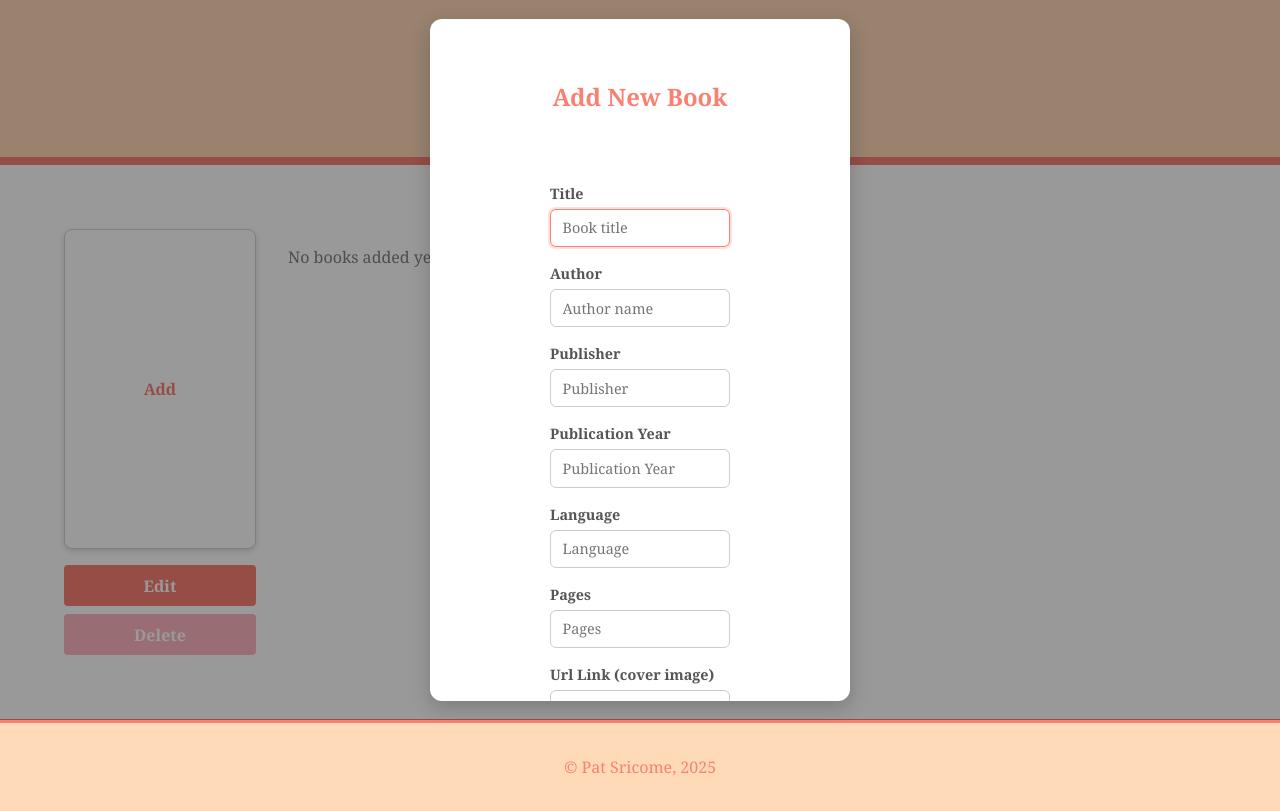
Repository: patcha-d3/book-catalog-v5
Page: /, after clicking the first element matching `button.button-add`
These files come from the project's save history. The page is drawn as it stood at one moment and after the next save; the edit follows.
The browser window is 1280 px wide. The pictures show the whole page.
The project was rebuilt for these pictures with package versions that can differ from the ones it lists, and the page was loaded fresh each time. Also part of the build but not shown: vite.config.js, src/book.jsx.

Above is the page before, as saved 2025-10-14 20:49:24.

### index.html
<!DOCTYPE html>
<html lang="en">
  <head>
    <meta charset="UTF-8" />
    <link rel="icon" type="image/svg+xml" href="/vite.svg" />
    <meta name="viewport" content="width=device-width, initial-scale=1.0" />
    <title>Pat's Rendering lists</title>
  </head>
  <body>
    <div id="root"></div>
    <script type="module" src="/src/main.jsx"></script>
  </body>
</html>

### src/App.jsx
// App.jsx
import { useState } from "react";
import "./App.css";
import Modal from "./components/Modal.jsx";
import AddBook from "./components/AddBook.jsx";
import Book from "./book.jsx";

function App() {
  // เริ่มต้นไม่มีหนังสือ
  const [books, setBooks] = useState([]);

  // toggle การเลือก (เลือกได้ทีละเล่ม)
  const toggleSelect = (isbn13) => {
    setBooks((prev) =>
      prev.map((book) =>
        book.isbn13 === isbn13
          ? { ...book, selected: !book.selected }
          : { ...book, selected: false }
      )
    );
  };

  // 🟢 เพิ่มหนังสือใหม่
  const handleAddBook = (newBook) => {
    const withDefaults = {
      ...newBook,
      isbn13: crypto.randomUUID(),
      selected: false,
      image: newBook.image || "https://via.placeholder.com/150x200?text=Book",
      price: newBook.price || "$0.00",
      url: newBook.url || "#",
    };
    setBooks((prev) => [...prev, withDefaults]);
  };

  // 🔴 ลบหนังสือที่เลือก
  const handleDeleteBook = () => {
    const selectedBook = books.find((b) => b.selected);
    if (!selectedBook) {
      alert("Please select a book to delete.");
      return;
    }
    setBooks((prev) => prev.filter((b) => b.isbn13 !== selectedBook.isbn13));
  };

  // 🟠 Update placeholder
  const handleUpdateBook = () => {
    const selectedBook = books.find((b) => b.selected);
    if (!selectedBook) {
      alert("Please select a book to update.");
      return;
    }
    alert("Update feature coming soon!");
  };

  return (
    <div className="app">
      <header className="app-header">
        <h1>Book Catalog v4</h1>
      </header>

      <main className="content">
        {/* --- ด้านซ้าย: Add / Update / Delete --- */}
        <div className="content-add">
          {/* ปุ่ม Add + modal */}
          <Modal btnLabel="Add" btnClassName="button-add">
            <AddBook onAdd={handleAddBook} />
          </Modal>

          {/* ปุ่ม Update / Delete */}
          <div className="action-buttons">
            <button className="button-update" onClick={handleUpdateBook}>
              Edit
            </button>
            <button className="button-delete" onClick={handleDeleteBook}>
              Delete
            </button>
          </div>
        </div>

        {/* --- ด้านขวา: แสดงหนังสือ --- */}
        <BookTile books={books} onSelect={toggleSelect} />
      </main>

      <footer className="footer">
        <p>© Pat Sricome, 2025</p>
      </footer>
    </div>
  );
}

// 🟣 Component แสดงหนังสือ
function BookTile({ books, onSelect }) {
  if (books.length === 0) {
    return (
      <div className="content-books">
        <p style={{ color: "gray" }}>No books added yet.</p>
      </div>
    );
  }

  return (
    <div className="content-books">
      {books.map((book) => (
        <Book
          key={book.isbn13}
          title={book.title}
          author={book.author}
          image={book.image}
          price={book.price}
          url={book.url}
          selected={book.selected}
          onSelect={() => onSelect(book.isbn13)}
        />
      ))}
    </div>
  );
}

export default App;

### src/App.css
* {
  font-family: Georgia, "Times New Roman", Times, serif;
}

*,
*::before,
*::after {
  box-sizing: border-box;
}

html {
  display: flex;
  flex-direction: column;
  margin: auto;
  background-color: white;
}

html,
body {
  margin: 0;
  padding: 0;
  background-color: white; /* พื้นหลังขาวล้วน */
}

.content > * {
  margin: 0;
}

.app {
  display: flex;
  flex-direction: column;
  min-height: 100vh; /* ให้ container สูงเต็มหน้าจอ */
  background-color: white;
}

.app-header {
  position: relative;
  top: 0;
  left: 0;
  z-index: 1000;
  width: 100vw;
  background-color: peachpuff;
  color: salmon;
  padding: 1em;
  border-bottom: 8px solid salmon;
  text-align: center;
}

.content {
  flex: 1;
  display: flex;
  flex-direction: row;
  gap: 2em;
  padding: 4em;
  background-color: white;
}

.content-add {
  flex: 0 0 auto;
}

.action-buttons {
  display: flex;
  flex-direction: column;
  gap: 0.5em;
  margin-top: 1em;
  width: 100%;
}

.button-add,
.card-book {
  display: flex;
  flex-direction: column;
  justify-content: center;
  align-items: center;
  min-width: 12em;
  height: 20em;
  border: 1px solid lightgrey;
  border-radius: 0.5em;
  background-color: #fff;
  transition: background-color 0.3s ease, color 0.3s ease;
}

.button-add {
  color: salmon;
  font-weight: bold;
}

.button-add h2 {
  font-size: 1.2em;
  font-weight: normal;
  color: grey;
}

.button-add:hover {
  background-color: darkred;
  color: salmon;
  border: 2px solid salmon;
  font-weight: bold;
}

.button-add:hover h2 {
  color: white; /* make text readable on blue */
}

.content-books {
  display: flex;
  flex-wrap: wrap;
  justify-content: flex-start;
  gap: 2em;
  flex: 1;
}

.card-book div {
  margin: 0 auto;
}

.card-book {
  position: relative; /* ให้ปุ่ม x ยึดกับกรอบ card */
  display: flex;
  flex-direction: column;
  max-width: 12em;
  height: 20em;
  padding: 0.5em;
  border-radius: 0.5em;
  text-align: center;
  color: grey;
  background-color: white;
  overflow: hidden;
}

.card-book-image {
  flex: 0 0 auto;
  display: grid;
  place-items: center;
  max-width: 100%;
  max-height: 100%;
  margin: 0 auto;
}

.card-book-image img {
  width: 100%;
  height: 100%;
  object-fit: contain;
}

.card-book-body {
  display: flex;
  flex-direction: column;
  flex: 1; /* stretch body to take all available space */
}

.card-book-price {
  font-weight: bold;
  margin: 0.5em 0;
  color: #333;
}

.link-button {
  margin-top: auto; /* push button to bottom */
  width: 100%;
  background-color: salmon;
  color: white;
  padding: 0.5em 2.4em;
  text-align: center;
  text-decoration: none;
  font-weight: bold;
  border-radius: 8px;
  transition: background-color 0.3s ease, color 0.3s ease;
}

.link-button::hover {
  background-color: white;
  color: darkred;
}

@media (max-width: 480px) {
  .button-add,
  .card-book {
    max-width: 100%;
  }
}

.footer {
  bottom: 0;
  text-align: center;
  width: 100vw;
  background-color: peachpuff;
  color: salmon;
  padding: 1em;
  border-top: 4px solid salmon;
  margin-top: auto;
}

.card-book,
.button-add {
  box-shadow: 0 2px 6px rgba(0, 0, 0, 0.15);
  transition: box-shadow 0.3s ease, transform 0.3s ease;
}

.card-book:hover,
.button-add:hover {
  box-shadow: 0 4px 12px rgba(0, 0, 0, 0.35);
  transform: translateY(-5px);
}

.book-card span {
  display: inline-block;
  margin-left: 8px;
  font-weight: bold;
  cursor: pointer;
  color: red;
}

.btn-remove {
  font-family: Arial, Helvetica, sans-serif;
  position: absolute;
  top: 0;
  right: 0;
  display: inline-block;
  padding: 0 0.5em;
  background: #eee;
  cursor: pointer;
}

.btn-remove:hover {
  background: #db4141;
  color: white;
}

.form-container {
  padding: 0 3em;

  > form {
    padding: 2em;

    button {
      margin-left: 10em;
    }
  }
  .form-control {
    label {
      display: inline-block;
      width: 10em;
    }
    margin: 1em 0;
  }
}

dialog {
  background-color: white;
  color: #333;
}

dialog form {
  background-color: white;
  color: #333;
}

.card-book.selected {
  border: 3px solid salmon;
  transform: scale(1.02);
}

.book-title {
  font-size: 1rem;
  font-weight: bold;
  color: #333;
  margin: 0.5em 0 0 0;
}

.book-author {
  font-size: 0.9rem;
  color: #666;
  margin: 0.25em 0;
}

.button-update,
.button-delete {
  width: 100%;
  padding: 0.6em 0;
  font-weight: bold;
  border: none;
  color: white;
  cursor: pointer;
  border-radius: 4px;
}

.button-update {
  background-color: salmon;
}

.button-update:hover,
.button-delete:hover {
  background-color: darkred;
}

.button-delete {
  background-color: lightpink;
}

/* ---------- Modal (dialog) ---------- */
dialog {
  border: none;
  border-radius: 12px;
  padding: 2.5em;
  width: 420px;
  max-width: 90%;
  background-color: #fff;
  box-shadow: 0 6px 20px rgba(0, 0, 0, 0.2);
}

dialog::backdrop {
  background-color: rgba(0, 0, 0, 0.4);
}

/* ---------- Form Container ---------- */
.form-container {
  display: flex;
  flex-direction: column;
  align-items: stretch;
}

.form-container h2 {
  text-align: center;
  margin-bottom: 1.5em;
  color: salmon;
}

/* ---------- Each Form Row ---------- */
.form-row {
  display: flex;
  flex-direction: column;
  margin-bottom: 1em;
}

.form-row label {
  margin-bottom: 0.3em;
  font-weight: bold;
  color: #555;
  font-size: 0.9rem;
}

.form-row input {
  padding: 0.6em 0.8em;
  border: 1px solid #ccc;
  border-radius: 6px;
  font-size: 0.9rem;
  transition: border-color 0.2s ease;
}

.form-row input:focus {
  outline: none;
  border-color: salmon;
  box-shadow: 0 0 0 2px rgba(250, 128, 114, 0.25);
}

/* ---------- Buttons ---------- */
.modal-buttons {
  display: flex;
  justify-content: center;
  gap: 1em;
  margin-top: 1.5em;
}

.modal-buttons button {
  min-width: 100px;
  padding: 0.6em 1.2em;
  border: none;
  border-radius: 6px;
  font-size: 0.9rem;
  font-weight: bold;
  cursor: pointer;
  transition: all 0.25s ease;
}

/* Save button */
.modal-buttons .btn.primary {
  background-color: salmon;
  color: white;
}

.modal-buttons .btn.primary:hover {
  background-color: darkred;
}

/* Cancel button */
.modal-buttons button[type="button"] {
  background-color: lightgray;
  color: #333;
}

.modal-buttons button[type="button"]:hover {
  background-color: #ccc;
}

### src/components/Modal.jsx
import { useRef } from "react";

function Modal({ btnLabel, children, btnClassName }) {
  const modalRef = useRef();

  const openModal = () => modalRef.current.showModal();
  const closeModal = () => modalRef.current.close();

  return (
    <>
      <button onClick={openModal} className={btnClassName}>
        {btnLabel}
      </button>

      <dialog ref={modalRef}>{children}</dialog>
    </>
  );
}

export default Modal;

### src/components/AddBook.jsx
import { useState } from "react";

function AddBook({ onAdd }) {
  const [formData, setFormData] = useState({
    title: "",
    author: "",
    publisher: "",
    year: "",
    language: "",
    pages: "",
    url: "",
  });

  const handleChange = (e) => {
    const { name, value } = e.target;
    setFormData((prev) => ({
      ...prev,
      [name]: value,
    }));
  };

  const handleSubmit = (e) => {
    e.preventDefault();

    if (!formData.title || !formData.author) {
      alert("Please enter at least a title and author.");
      return;
    }

    // ✅ ส่งข้อมูลกลับไป App.jsx
    onAdd(formData);

    // ✅ รีเซ็ตค่า
    setFormData({
      title: "",
      author: "",
      publisher: "",
      year: "",
      language: "",
      pages: "",
      url: "",
    });

    // ✅ ปิด dialog
    const dialog = document.querySelector("dialog");
    if (dialog) dialog.close();
  };

  return (
    <div className="form-container">
      <h2>Add New Book</h2>
      <form onSubmit={handleSubmit} className="modal-form">
        <div className="form-row">
          <label>Title</label>
          <input
            name="title"
            value={formData.title}
            onChange={handleChange}
            placeholder="Book title"
          />
        </div>

        <div className="form-row">
          <label>Author</label>
          <input
            name="author"
            value={formData.author}
            onChange={handleChange}
            placeholder="Author name"
          />
        </div>

        <div className="form-row">
          <label>Publisher</label>
          <input
            name="publisher"
            value={formData.publisher}
            onChange={handleChange}
            placeholder="Publisher"
          />
        </div>

        <div className="form-row">
          <label>Publication Year</label>
          <input
            name="year"
            type="number"
            value={formData.year}
            onChange={handleChange}
            placeholder="Publication Year"
          />
        </div>

        <div className="form-row">
          <label>Language</label>
          <input
            name="language"
            value={formData.language}
            onChange={handleChange}
            placeholder="Language"
          />
        </div>

        <div className="form-row">
          <label>Pages</label>
          <input
            name="pages"
            type="number"
            value={formData.pages}
            onChange={handleChange}
            placeholder="Pages"
          />
        </div>

        <div className="form-row">
          <label>Url Link (cover image)</label>
          <input
            name="url"
            value={formData.url}
            onChange={handleChange}
            placeholder="e.g. https://example.com"
          />
        </div>

        <div className="modal-buttons">
          <button type="submit" className="btn primary">
            Save
          </button>
        </div>
      </form>
    </div>
  );
}

export default AddBook;

Loaded but not shown: src/main.jsx (common file); src/index.css (common file)

After the next save:
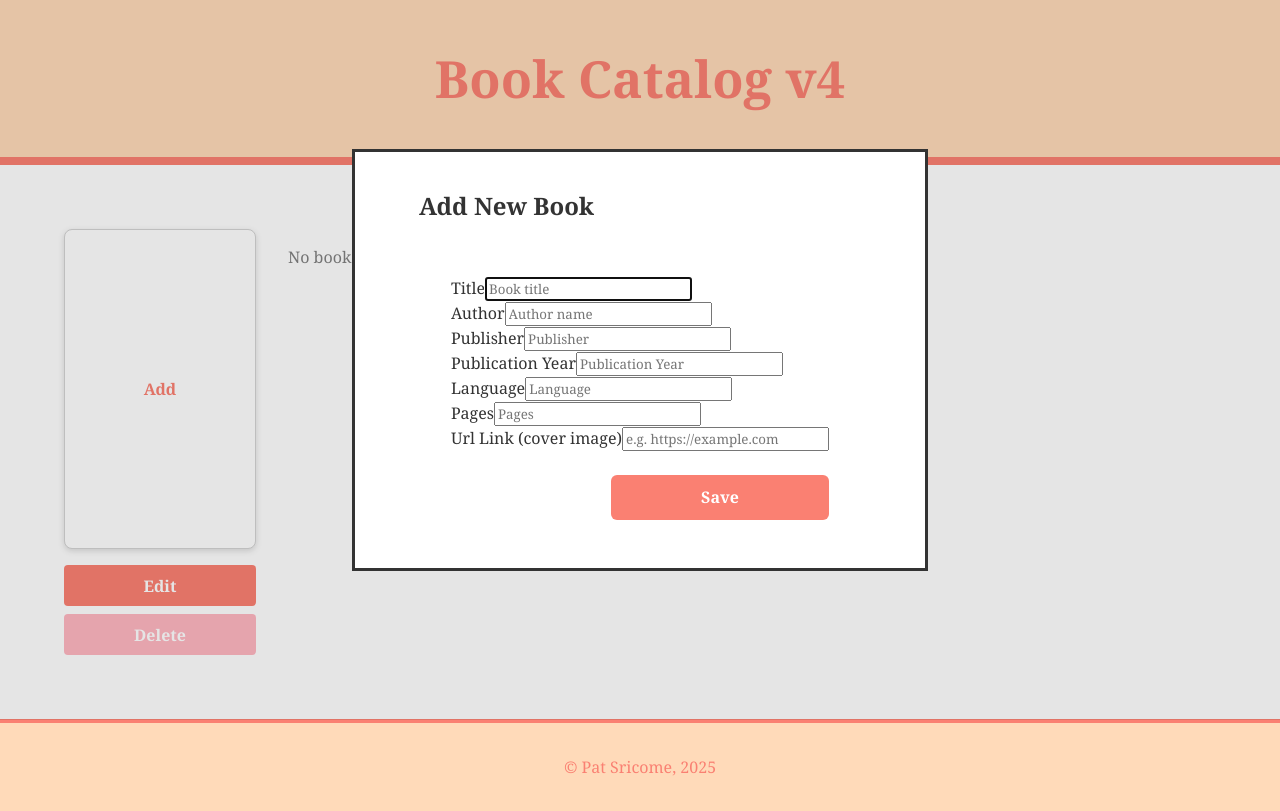
Saved 41 s later.
--- a/src/App.css
+++ b/src/App.css
@@ -300,96 +300,24 @@ dialog form {
 }
 
 /* ---------- Modal (dialog) ---------- */
-dialog {
-  border: none;
-  border-radius: 12px;
-  padding: 2.5em;
-  width: 420px;
-  max-width: 90%;
-  background-color: #fff;
-  box-shadow: 0 6px 20px rgba(0, 0, 0, 0.2);
-}
-
-dialog::backdrop {
-  background-color: rgba(0, 0, 0, 0.4);
-}
-
-/* ---------- Form Container ---------- */
-.form-container {
-  display: flex;
-  flex-direction: column;
-  align-items: stretch;
-}
-
-.form-container h2 {
-  text-align: center;
-  margin-bottom: 1.5em;
-  color: salmon;
-}
-
-/* ---------- Each Form Row ---------- */
-.form-row {
-  display: flex;
-  flex-direction: column;
-  margin-bottom: 1em;
-}
-
-.form-row label {
-  margin-bottom: 0.3em;
-  font-weight: bold;
-  color: #555;
-  font-size: 0.9rem;
-}
-
-.form-row input {
-  padding: 0.6em 0.8em;
-  border: 1px solid #ccc;
-  border-radius: 6px;
-  font-size: 0.9rem;
-  transition: border-color 0.2s ease;
-}
-
-.form-row input:focus {
-  outline: none;
-  border-color: salmon;
-  box-shadow: 0 0 0 2px rgba(250, 128, 114, 0.25);
-}
-
-/* ---------- Buttons ---------- */
 .modal-buttons {
   display: flex;
   justify-content: center;
-  gap: 1em;
   margin-top: 1.5em;
 }
 
 .modal-buttons button {
-  min-width: 100px;
-  padding: 0.6em 1.2em;
+  width: 60%;
+  padding: 0.7em 0;
   border: none;
   border-radius: 6px;
-  font-size: 0.9rem;
-  font-weight: bold;
+  font-weight: bold;
+  background-color: salmon;
+  color: white;
   cursor: pointer;
   transition: all 0.25s ease;
 }
 
-/* Save button */
-.modal-buttons .btn.primary {
-  background-color: salmon;
-  color: white;
-}
-
-.modal-buttons .btn.primary:hover {
+.modal-buttons button:hover {
   background-color: darkred;
 }
-
-/* Cancel button */
-.modal-buttons button[type="button"] {
-  background-color: lightgray;
-  color: #333;
-}
-
-.modal-buttons button[type="button"]:hover {
-  background-color: #ccc;
-}
